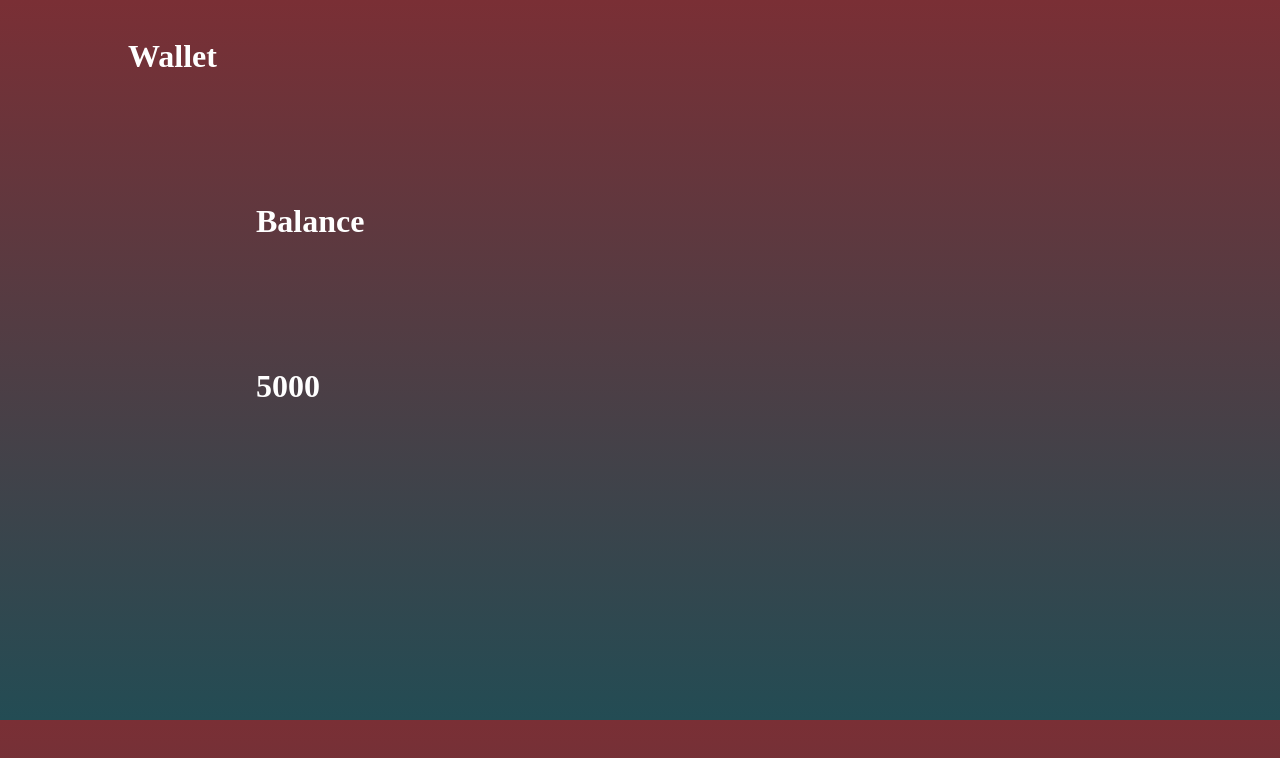
Repository: jagan607/N-Kalari
Page: /
The author's editor kept a copy of each file at every save. The page is drawn from the files as they stood at one save, then again after a run of saves.
The browser window is 1280 px wide. The pictures show the whole page.
The project was rebuilt for these pictures with package versions that can differ from the ones it lists, and the page was loaded fresh each time. Also part of the build but not shown: src/App.css, src/helpers/firebase.js, src/components/Login/Login.js.

Above is the page before, as saved 2022-01-07 17:16:28.

### src/index.css
body,
html,
.App,
#root,
.main {
  width: 100%;
  height:100%;
  scroll-behavior: smooth;

}
body{
    margin: 0;
    padding: 0;
    text-align: center;
    background-image: linear-gradient(#7A2F35, #234C54);
  }

### src/App.js
import logo from './logo.svg';
import './App.css';
import React, { Component } from "react"
import Login from './components/Login/Login'
import Wallet from './components/wallet/Wallet'
import {history} from './helpers/history'
import {Router, Route, Routes } from "react-router-dom";


class App extends Component {
  constructor(props) {
    super(props);
  }

  render() {
    return(
      <div>
        {/* <Login></Login> */}

        <Wallet></Wallet>

          {/* <Route exact path="/">
          </Route> */}
          {/* <Route exact path="/wallet">
            <Wallet/>
          </Route> */}
     </div>
    );
}
}

export default App;

### src/components/wallet/Wallet.js
import React, { Component } from "react"
import styles from './index.css';

class Wallet extends Component{
    constructor(props){
        super(props);


    }

    render(){
        return(
            <div>
            <h1 className="heading">Wallet</h1>
            <h1 className="balance-heading">Balance </h1>
            <h1 className="balance-value">5000</h1>

            </div>
        )
    }
}
export default Wallet;

### src/components/wallet/index.css
.heading{
    color: white;
    text-align: left;
    margin-left: 10%;
    margin-top: 3%;
}

.balance-heading{
    color :white;
    text-align: left;
    margin-left: 20%;
    margin-top: 10%;
}

.balance-value{
    color :white;
    text-align: left;
    margin-left: 20%;
    margin-top: 10%;
}

Loaded but not shown: public/index.html (common file); src/index.js (common file); src/reportWebVitals.js (common file); src/helpers/history.js (common file)

After the next 4 saves:
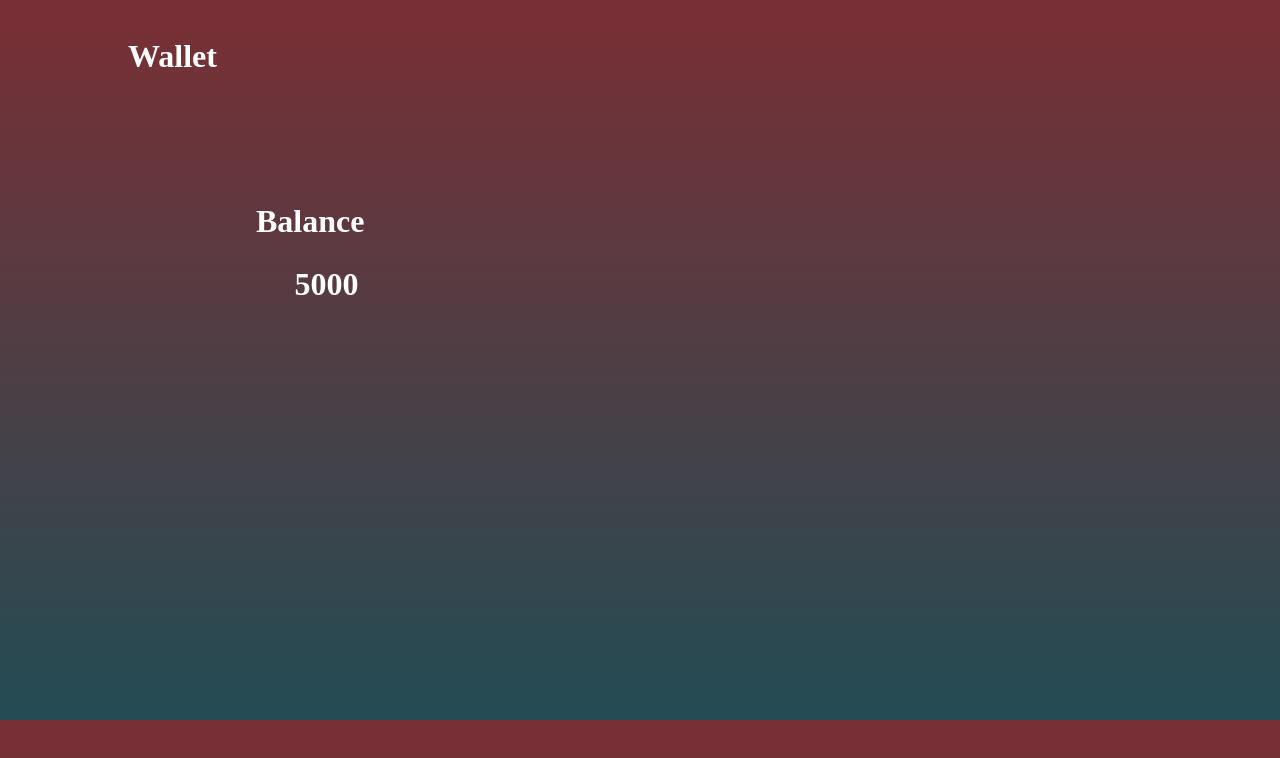
The 4 saves are shown as one change because they came seconds apart.
The last was saved 21 s later.
--- a/src/components/wallet/index.css
+++ b/src/components/wallet/index.css
@@ -15,6 +15,6 @@
 .balance-value{
     color :white;
     text-align: left;
-    margin-left: 20%;
-    margin-top: 10%;
+    margin-left: 23%;
+    margin-top: 2%;
 }
